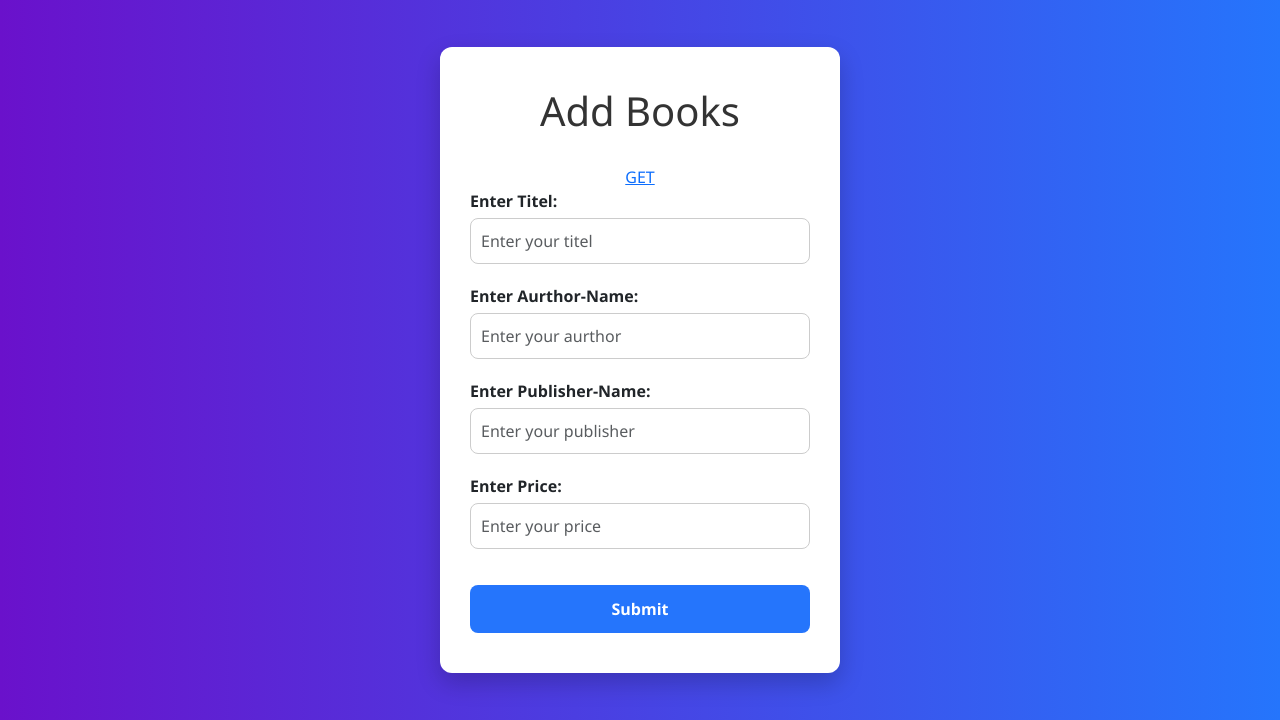
Repository: Mali-Sagar-A/Advance_Web_Java
Page: http://localhost/LibararyCURD/addBooks.jsp
These files come from the project's save history. The page is drawn as it stood at one moment and after the next save; the edit follows.
The browser window is 1280 px wide. The pictures show the whole page.
The page is served by Tomcat 9. Other server files are loaded and not shown.

Above is the page before, as saved 2025-05-22 08:57:59.

### LibararyCURD/src/main/webapp/addBooks.jsp
<%@ page language="java" contentType="text/html; charset=UTF-8"
    pageEncoding="UTF-8"%>
<!DOCTYPE html>
<html lang="en">
<head>
  <meta charset="UTF-8">
  <title>AddBooks</title>

  <!-- Bootstrap (Optional) -->
  <link href="https://cdn.jsdelivr.net/npm/bootstrap@5.3.3/dist/css/bootstrap.min.css" rel="stylesheet">

  <style>
    body {
      background: linear-gradient(to right, #6a11cb, #2575fc);
      font-family: 'Segoe UI', Tahoma, Geneva, Verdana, sans-serif;
      height: 100vh;
      margin: 0;
      display: flex;
      justify-content: center;
      align-items: center;
    }

    .login-container {
      background-color: #fff;
      padding: 40px 30px;
      border-radius: 12px;
      box-shadow: 0 10px 25px rgba(0, 0, 0, 0.2);
      width: 100%;
      max-width: 400px;
      text-align: center;
    }

    .login-container h1 {
      margin-bottom: 30px;
      color: #333;
    }

    .form-label {
      font-weight: 600;
      text-align: left;
      display: block;
      margin-bottom: 5px;
    }

    .form-control {
      border-radius: 8px;
      padding: 10px;
      margin-bottom: 20px;
      border: 1px solid #ccc;
      transition: all 0.3s ease;
    }

    .form-control:focus {
      border-color: #2575fc;
      box-shadow: 0 0 5px rgba(37, 117, 252, 0.5);
    }

    .btn-login {
      background-color: #2575fc;
      color: white;
      border: none;
      padding: 12px;
      border-radius: 8px;
      font-weight: bold;
      width: 100%;
      transition: background-color 0.3s ease;
    }

    .btn-login:hover {
      background-color: #1a5ed9;
    }

    .error-message {
      color: red;
      font-size: 0.9em;
      margin-bottom: 15px;
      display: none;
    }
  </style>


</head>

<body>

  <div class="login-container">
    <h1>Add Books</h1>
    <a href="showStudent.jsp">GET</a>
    <div id="error" class="error-message"></div>
    <form action="Next.jsp" method="post" name="">
      <label for="titel" class="form-label">Enter Titel:</label>
      <input type="text" name="titel" id="titel" class="form-control" placeholder="Enter your titel">

      <label for="aurthor" class="form-label">Enter Aurthor-Name:</label>
      <input type="text" name="aurthor" id="aurthor" class="form-control" placeholder="Enter your aurthor">

      <label for="publisher" class="form-label">Enter Publisher-Name:</label>
      <input type="text" name="publisher" id="publisher" class="form-control" placeholder="Enter your publisher">

      <label for="price" class="form-label">Enter Price:</label>
      <input type="text" name="price" id="price" class="form-control" placeholder="Enter your price">


      <input type="submit" name="Submit" value="Submit" class="btn btn-login mt-3">

    </form>
  </div>

</body>
</html>

After the next save:
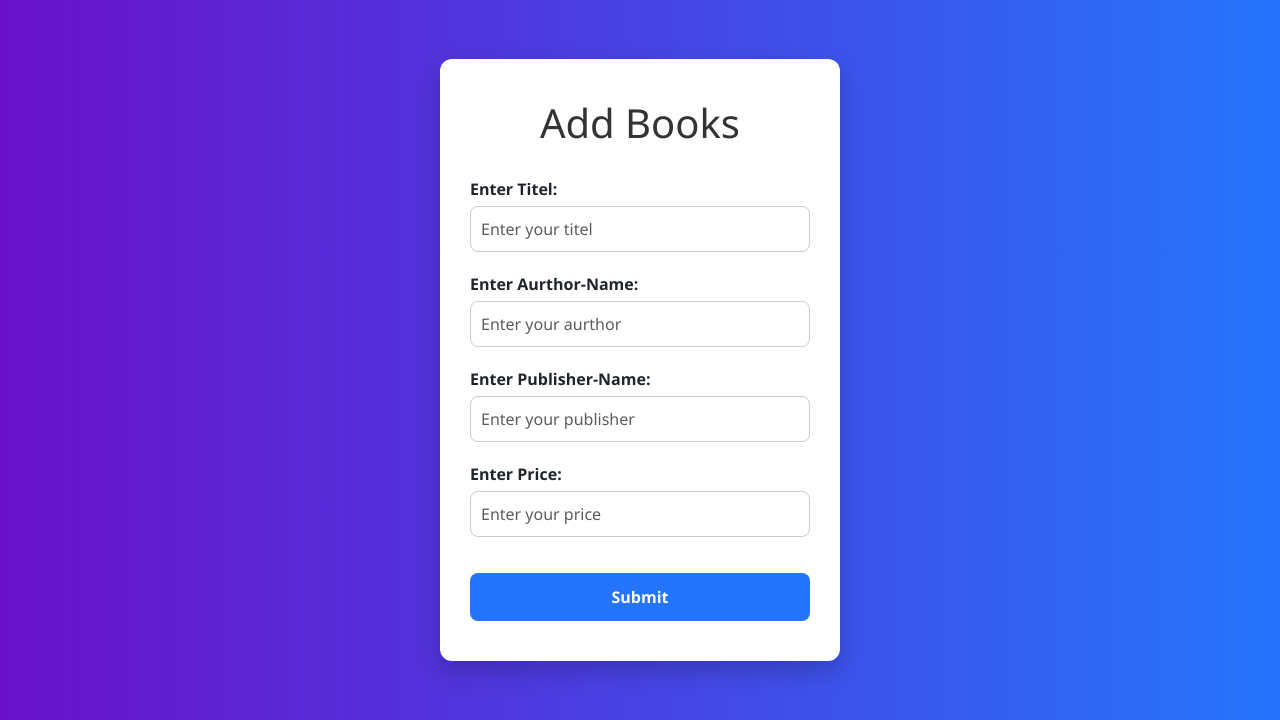
Saved 10 s later.
--- a/LibararyCURD/src/main/webapp/addBooks.jsp
+++ b/LibararyCURD/src/main/webapp/addBooks.jsp
@@ -85,7 +85,6 @@
 
   <div class="login-container">
     <h1>Add Books</h1>
-    <a href="showStudent.jsp">GET</a>
     <div id="error" class="error-message"></div>
     <form action="Next.jsp" method="post" name="">
       <label for="titel" class="form-label">Enter Titel:</label>
